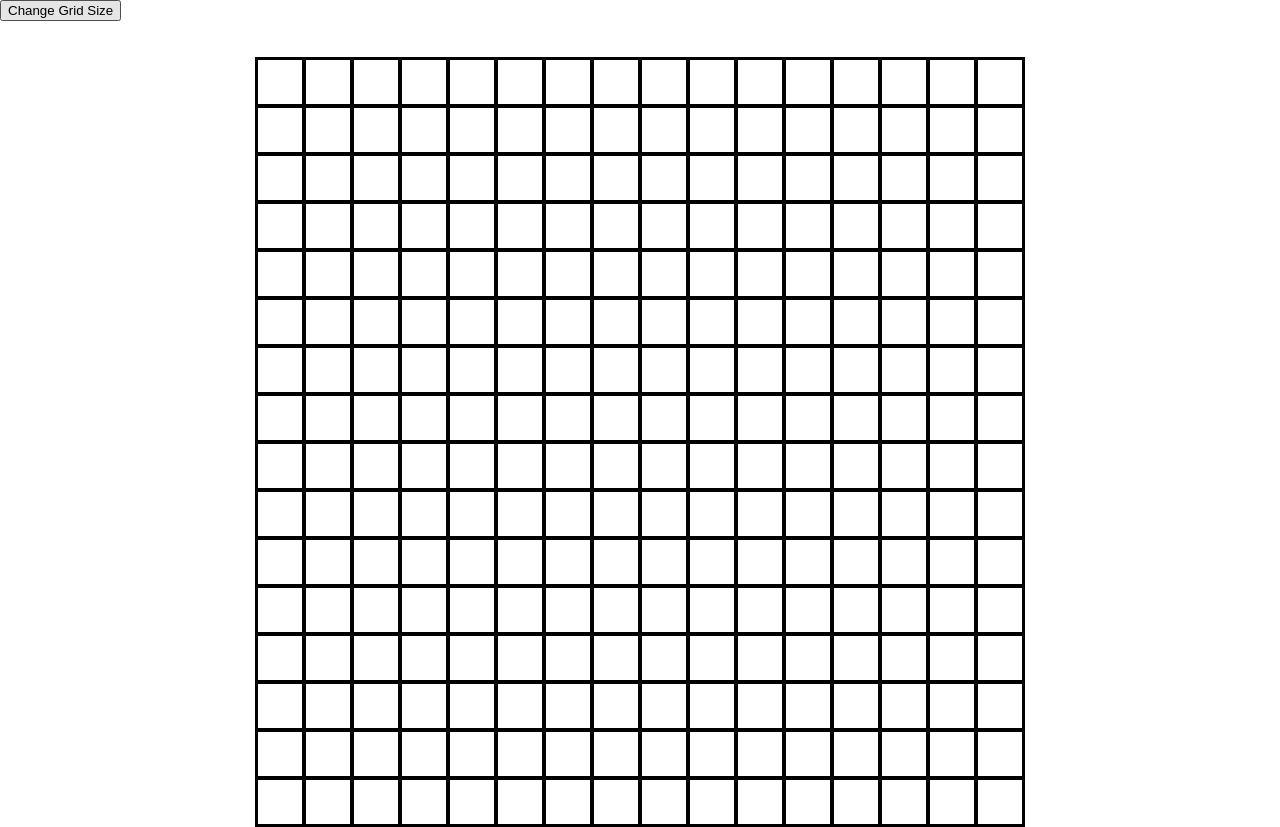
Repository: ShaneLau2/Odin-Project-Etch-a-Sketch
Page: index.html
The author's editor kept a copy of each file at every save. The page is drawn from the files as they stood at one save, then again after the next save.
The browser window is 1280 px wide. The pictures show the whole page.

Above is the page before, as saved 2024-03-04 18:58:29.

### index.html
<!DOCTYPE html>
<html lang="en">

<head>
    <meta charset="UTF-8">
    <meta name="viewport" content="width=device-width, initial-scale=1.0">
    <title>Grid of Squares</title>
    <link rel="stylesheet" href="styles.css">
</head>

<body>
    <div id="container"></div>
    <script src="script.js"></script>
</body>

</html>

### styles.css
body,
html {
    margin: 0;
    padding: 0;
    height: 80%;
}

#container {
    display: flex;
    flex-wrap: wrap;
    width: 60vw;
    height: 60vw;
    margin: 5vh auto;
    border: 1px solid #000;
    flex-direction: column;
    align-items: center;
    justify-content: center;
}

.square {
    width: calc(100% / 16);
    height: calc(100% / 16);
    border: 2px solid #000;
    box-sizing: border-box;
}

.button {
    flex: auto;
    /* margin-left: auto;
    margin-right: auto;
    text-align: center; */
    display: flex;
    justify-content: center;
    align-items: center;
}

### script.js
// document.addEventListener("DOMContentLoaded", function() {
//     const container = document.getElementById("container");
//     const gridSize = 16;

//     for (let i = 0; i < gridSize; i++) {
//         for (let j = 0; j < gridSize; j++) {
//             const square = document.createElement("div");
//             square.classList.add("square");
//             container.appendChild(square);
//             square.addEventListener("mouseover", function() {
//                 square.style.backgroundColor = "gray";
//             });
//         }
//     }
// });
document.addEventListener("DOMContentLoaded", function() {
    const container = document.getElementById("container");
    let gridSize = 16;

    const button = document.createElement("button");
    button.textContent = "Change Grid Size";
    button.classList.add("button");
    document.body.insertBefore(button, container);

    button.addEventListener("click", function() {
        let newSize = prompt(
            "Enter the number of squares per side for the new grid (max 100):"
        );

        newSize = parseInt(newSize);
        if (isNaN(newSize) || newSize < 1 || newSize > 100) {
            alert("Invalid input. Please enter a number between 1 and 100.");
            return;
        }

        // Remove existing grid
        // while (container.firstChild) {
        //     container.removeChild(container.firstChild);
        // }
        document.querySelectorAll(".square").forEach((square) => {
            square.remove();
        });

        // Create new grid
        gridSize = newSize;
        createGrid(gridSize);
    });

    function createGrid(size) {
        container.style.gridTemplateColumns = `repeat(${size}, 1fr)`;
        for (let i = 0; i < size * size; i++) {
            const square = document.createElement("div");
            square.classList.add("square");
            // square.style.width = `calc(100% / ${size})`;
            // square.style.height = `calc(100% / ${size})`;
            container.appendChild(square);
            square.addEventListener("mouseover", function() {
                square.style.backgroundColor = "gray";
            });
        }
    }

    createGrid(gridSize);
});

After the next save:
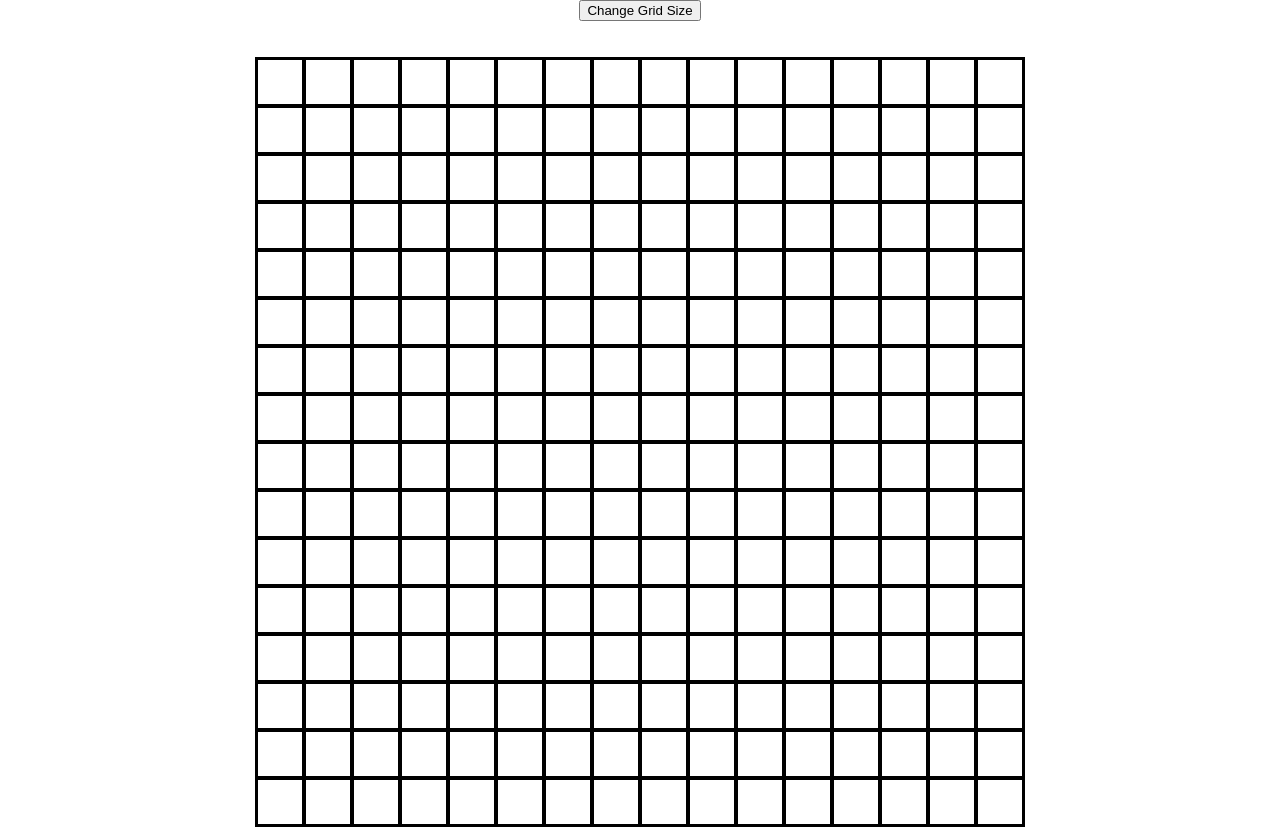
Saved 7 s later.
--- a/styles.css
+++ b/styles.css
@@ -26,9 +26,9 @@
 
 .button {
     flex: auto;
-    /* margin-left: auto;
+    margin-left: auto;
     margin-right: auto;
-    text-align: center; */
+    text-align: center;
     display: flex;
     justify-content: center;
     align-items: center;

After the save that followed:
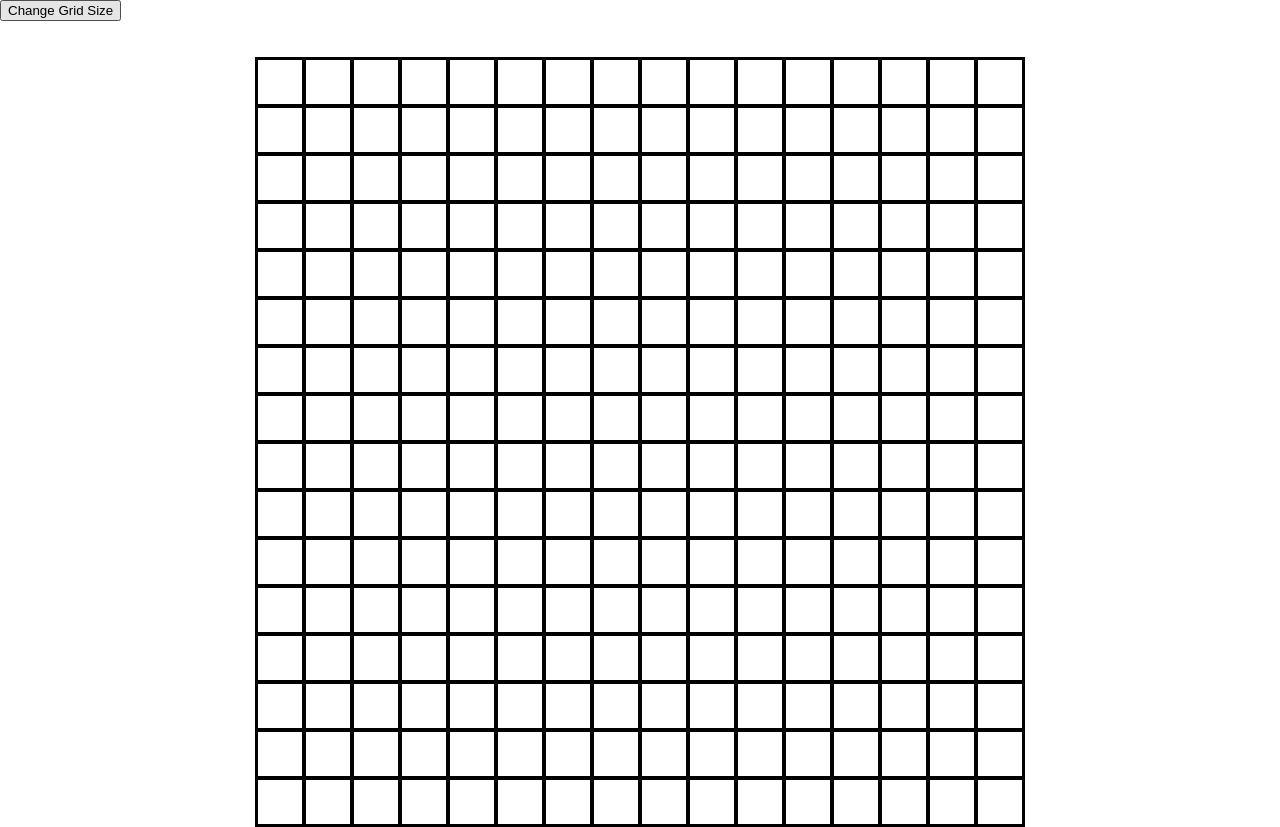
Saved 10 s later.
--- a/styles.css
+++ b/styles.css
@@ -29,7 +29,7 @@
     margin-left: auto;
     margin-right: auto;
     text-align: center;
-    display: flex;
+    /* display: flex;
     justify-content: center;
-    align-items: center;
+    align-items: center; */
 }
